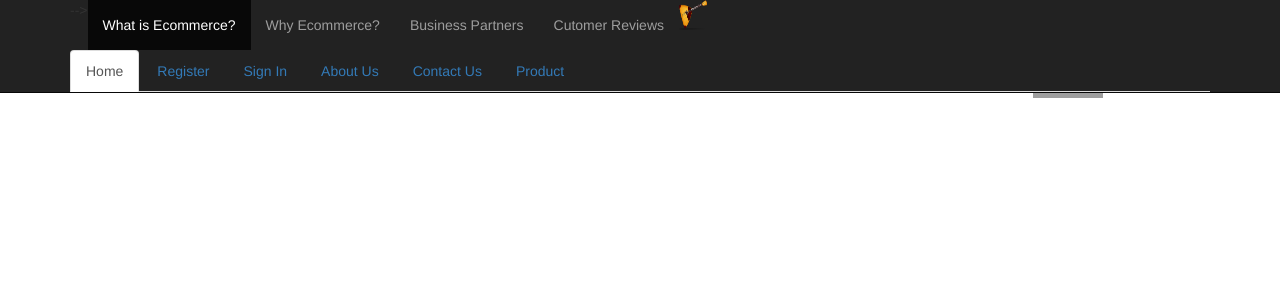
Repository: aradhana15/myFinalRepository
Page: http://localhost/music/WEB-INF/views/productDesc.jsp
These files come from the project's save history. The page is drawn as it stood at one moment and after the next save; the edit follows.
The browser window is 1280 px wide. The pictures show the whole page.
The page is served by Tomcat 9. Nobody is signed in. Other server files are loaded and not shown. The template is opened directly, without the code that normally fills it, so the values that code supplies are empty.

Above is the page before, as saved 2016-04-23 11:46:54.
Console error (its wording comes from the project's code and is left out).

### wwf/music/src/main/webapp/WEB-INF/views/productDesc.jsp
<%@include file="header.jsp"%>
<html>
	<body>
		<div class="container">
  <!-- <h2>Product Details</h2>
  <p>Here are the new products available in this site...</p>      -->
  <div class="table-responsive">
  <table class="table table-hover">
    <thead>
      <tr>
        <th>Product Id</th>
        <th>Name</th>
        <th>Manufacturer</th>
        <th>Price</th>
        <th>Details</th>
        <th>Icon</th>
      </tr>
    </thead>
    <tbody>
	      <tr>
        <td>${data.id}</td>
        <td>${data.name}</td>
        <td>${data.manufacturer}</td>
        <td>${data.price}</td>
        <td>${data.desc}</td>
        <td>${data.image}</td>
        <td><img src="<c:url value='${data.image}'/>" height="50px" width="70px"/></td>
      </tr>
      </tbody>
  </table>
  </div>
</div>



	</body>
</html>

### wwf/music/src/main/webapp/WEB-INF/views/header.jsp
 <meta name="viewport" content="width=device-width, initial-scale=1">
 <link rel="stylesheet" href="http://maxcdn.bootstrapcdn.com/bootstrap/3.3.6/css/bootstrap.min.css">
 <script src="http://maxcdn.bootstrapcdn.com/bootstrap/3.3.6/js/bootstrap.min.js"></script>
 <%@taglib prefix="spr" uri="http://www.springframework.org/tags"%>
 <%@taglib prefix="c" uri="http://java.sun.com/jsp/jstl/core"%>

<div class="navbar navbar-inverse navbar-fixed-top" role="navigation">
      <div class="container">
        <div class="navbar-header">
          <button type="button" class="navbar-toggle" data-toggle="collapse" data-target=".navbar-collapse">
            <span class="sr-only">Toggle navigation</span>
            <span class="icon-bar"></span>
            <span class="icon-bar"></span>
            <span class="icon-bar"></span>
          </button>
           <!--  <a class="navbar-brand" href="#"> -->
         <!-- <img src="./resources/images/guitar.jpg/50/50/"/> --></a> -->
        </div>
        <div class="collapse navbar-collapse">
        <div class="nav navbar-nav">
          <!-- <ul class="nav navbar-nav"> -->
            <li class="active"><a href="whatecomm">What is Ecommerce?</a></li>
            <li><a href="yecomm">Why Ecommerce?</a></li>
            <li><a href="businessparter">Business Partners</a></li>
            <li><a href="custreview">Cutomer Reviews</a></li>
            <li><img src="<c:url value='/resources/images/guitar.jpg'/>" alt="ho ja" width="30px" height="30px"/>

          <!-- </ul> -->
        </div>
      </div>
    <div class="nav nav-tabs">
     <li  class="active"> <a href="house">Home</a></li>
   <li><a href="register">Register</a></li><!-- if u by deflt make anything acive -->
   <li> <a href="sign">Sign In</a></li>
   <li> <a href="aboutus">About Us</a></li>
   <li> <a href="contactus">Contact Us</a></li>
   <li> <a href="product">Product</a></li>


   	</div>
   </div>
   </div>

After the next save:
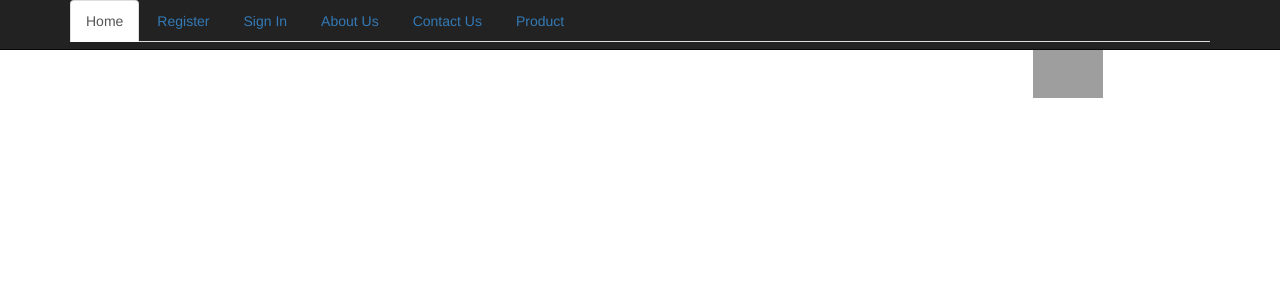
Saved 2 min 37 s later.
--- a/wwf/music/src/main/webapp/WEB-INF/views/header.jsp
+++ b/wwf/music/src/main/webapp/WEB-INF/views/header.jsp
@@ -6,28 +6,7 @@
 
 <div class="navbar navbar-inverse navbar-fixed-top" role="navigation">
       <div class="container">
-        <div class="navbar-header">
-          <button type="button" class="navbar-toggle" data-toggle="collapse" data-target=".navbar-collapse">
-            <span class="sr-only">Toggle navigation</span>
-            <span class="icon-bar"></span>
-            <span class="icon-bar"></span>
-            <span class="icon-bar"></span>
-          </button>
-           <!--  <a class="navbar-brand" href="#"> -->
-         <!-- <img src="./resources/images/guitar.jpg/50/50/"/> --></a> -->
-        </div>
-        <div class="collapse navbar-collapse">
-        <div class="nav navbar-nav">
-          <!-- <ul class="nav navbar-nav"> -->
-            <li class="active"><a href="whatecomm">What is Ecommerce?</a></li>
-            <li><a href="yecomm">Why Ecommerce?</a></li>
-            <li><a href="businessparter">Business Partners</a></li>
-            <li><a href="custreview">Cutomer Reviews</a></li>
-            <li><img src="<c:url value='/resources/images/guitar.jpg'/>" alt="ho ja" width="30px" height="30px"/>
 
-          <!-- </ul> -->
-        </div>
-      </div>
     <div class="nav nav-tabs">
      <li  class="active"> <a href="house">Home</a></li>
    <li><a href="register">Register</a></li><!-- if u by deflt make anything acive -->
